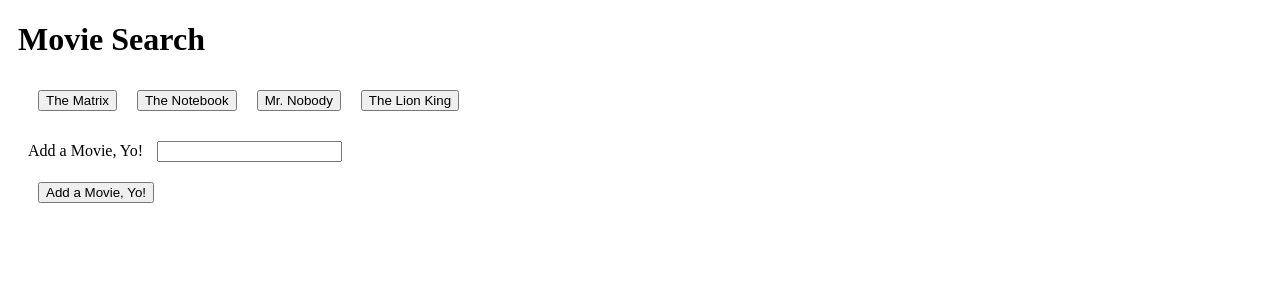
Repository: pnguyen6910/movieapp
Page: index.html
These files come from the project's save history. The page is drawn as it stood at one moment and after the next save; the edit follows.
The browser window is 1280 px wide. The pictures show the whole page.
Some web libraries are served in a nearby version.

Above is the page before, as saved 2020-12-08 21:20:53.

### index.html
<!DOCTYPE html>
<html lang="en">

<head>
  <meta charset="utf-8">
  <title>Favorite Movies</title>
  <style type="text/css">
    button,
    div,
    form,
    input {
      margin: 10px;
    }
  </style>
</head>

<body>

  <div class="container">
    <h1>Movie Search</h1>

    <!-- Movie Buttons will get dumped here -->
    <div id="buttons-view"></div>

    <form id="movie-form">
      <label for="movie-input">Add a Movie, Yo!</label>
      <input type="text" id="movie-input"><br>

      <!-- Button triggers new movie to be added -->
      <input id="add-movie" type="submit" value="Add a Movie, Yo!">
    </form>
<script src="https://cdnjs.cloudflare.com/ajax/libs/jquery/3.2.1/jquery.min.js"></script>
<script type="text/javascript">
  // Initial array of movies
  var movies = ["The Matrix", "The Notebook", "Mr. Nobody", "The Lion King"];

  var buttonsView = $("#buttons-view")
  var userInput = $('#movie-input')
  var queryURL = 'http://www.omdbapi.com/?apikey=trilogy'


  // Function for displaying movie data
  function renderButtons() {
    buttonsView.empty()
    for (var i = 0; i < movies.length; i++){
    var button = $("<button>").text(movies[i]).addClass("movie-btn")
      buttonsView.append(button)
    // $("#buttons-view").append('<button>').text(movies[i])

    }
  }
  buttonsView.on('click', '.movie-btn', function(event) {
    var title = $(this).text()
    $ajax({
      url: queryURL + '&t=' + title
    }).then(function(movieData) {

    })
  })
    console.log(movies)
    // YOUR CODE GOES HERE



  // This function handles events where one button is clicked
  $("#add-movie").on("click", function() {
    event.preventDefault()
    var newMovie = userInput.val()
    movies.push(newMovie)
    renderButtons()

    // YOUR CODE GOES HERE

  });

  // Calling the renderButtons function to display the initial list of movies
  renderButtons();
</script>
  </div>
</body>

</html>

After the next save:
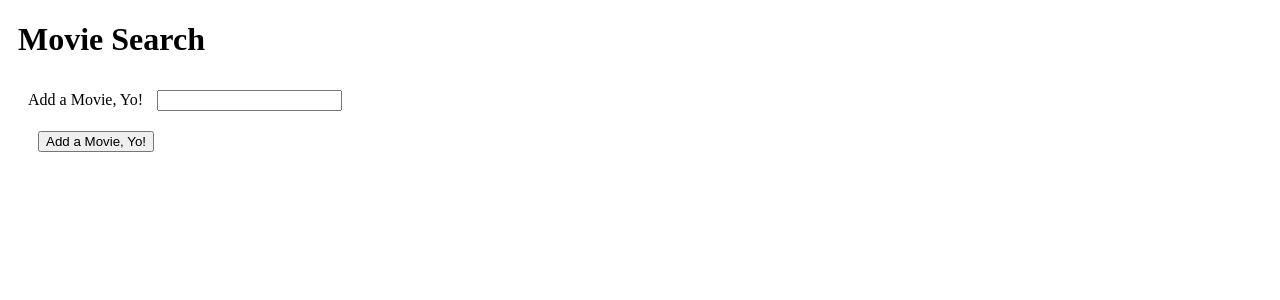
Console error: SyntaxError: Unexpected token ')'
Saved 3 min 16 s later.
--- a/index.html
+++ b/index.html
@@ -54,7 +54,11 @@
     $ajax({
       url: queryURL + '&t=' + title
     }).then(function(movieData) {
-
+      console.log(moieData.)
+      console.log(moieData.Rated)
+      console.log(moieData.Released)
+      console.log(moieData.Plot)
+      console.log(moieData.Poster)
     })
   })
     console.log(movies)

After the save that followed:
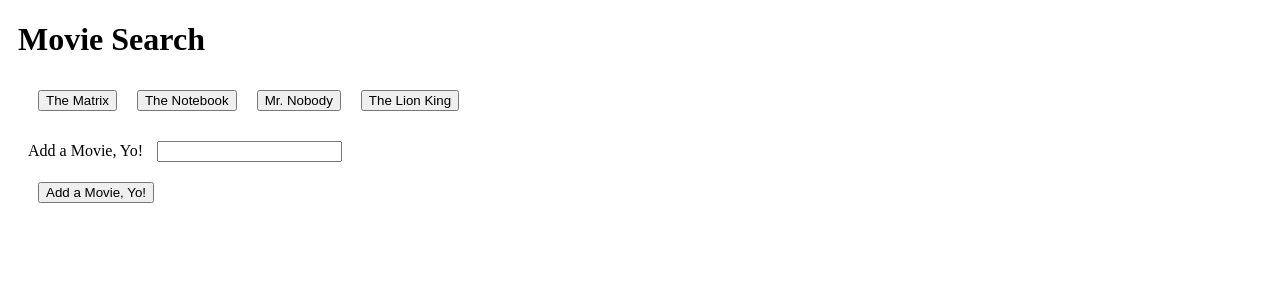
The error is gone.
Saved 52 s later.
--- a/index.html
+++ b/index.html
@@ -54,7 +54,7 @@
     $ajax({
       url: queryURL + '&t=' + title
     }).then(function(movieData) {
-      console.log(moieData.)
+      console.log(moieData)
       console.log(moieData.Rated)
       console.log(moieData.Released)
       console.log(moieData.Plot)
